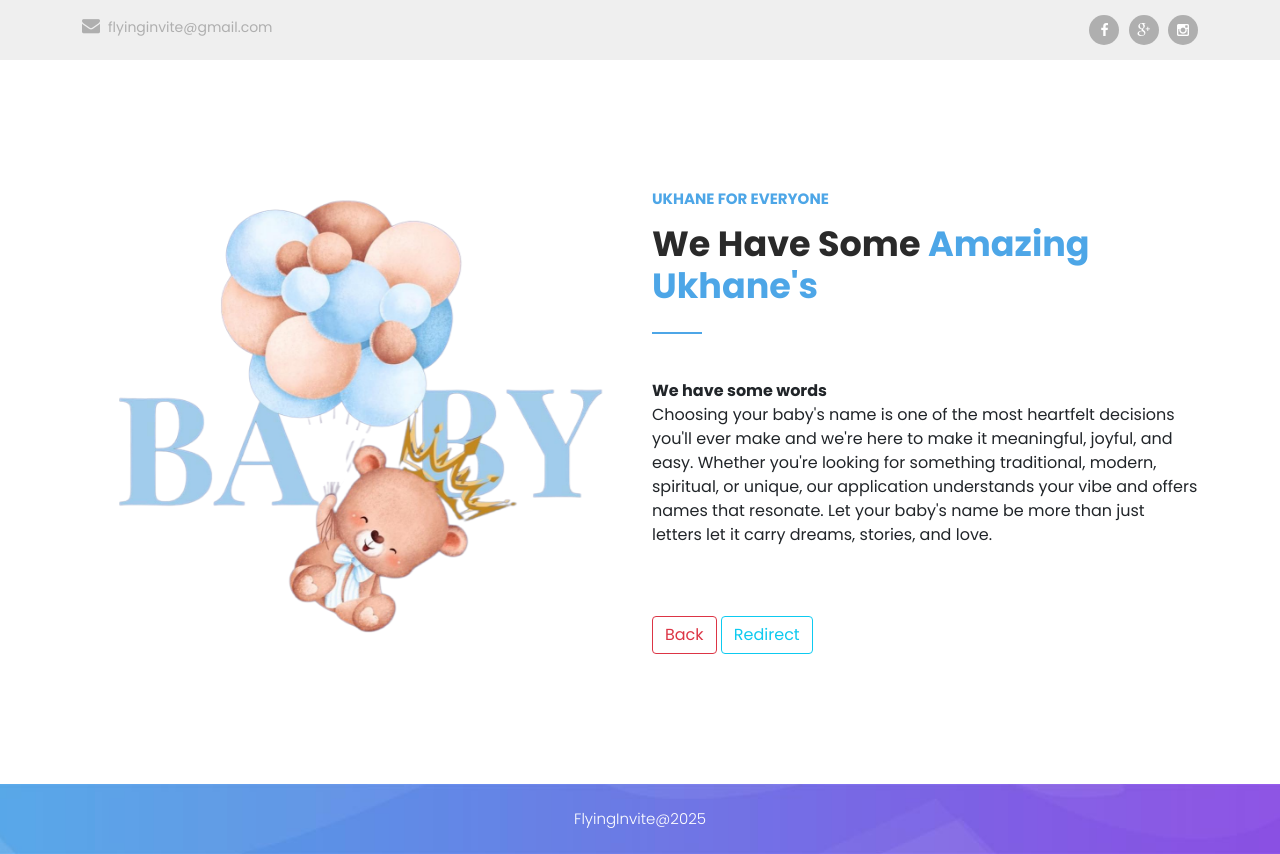
Repository: viraj7551/Flying-Invite-Project
Page: http://localhost/FlyingInvite/entertainment.jsp
The author's editor kept a copy of each file at every save. The page is drawn from the files as they stood at one save, then again after the next save.
The browser window is 1280 px wide. The pictures show the whole page.
The page is served by Tomcat 9.

Above is the page before, as saved 2025-04-20 13:21:35.

After the next save:
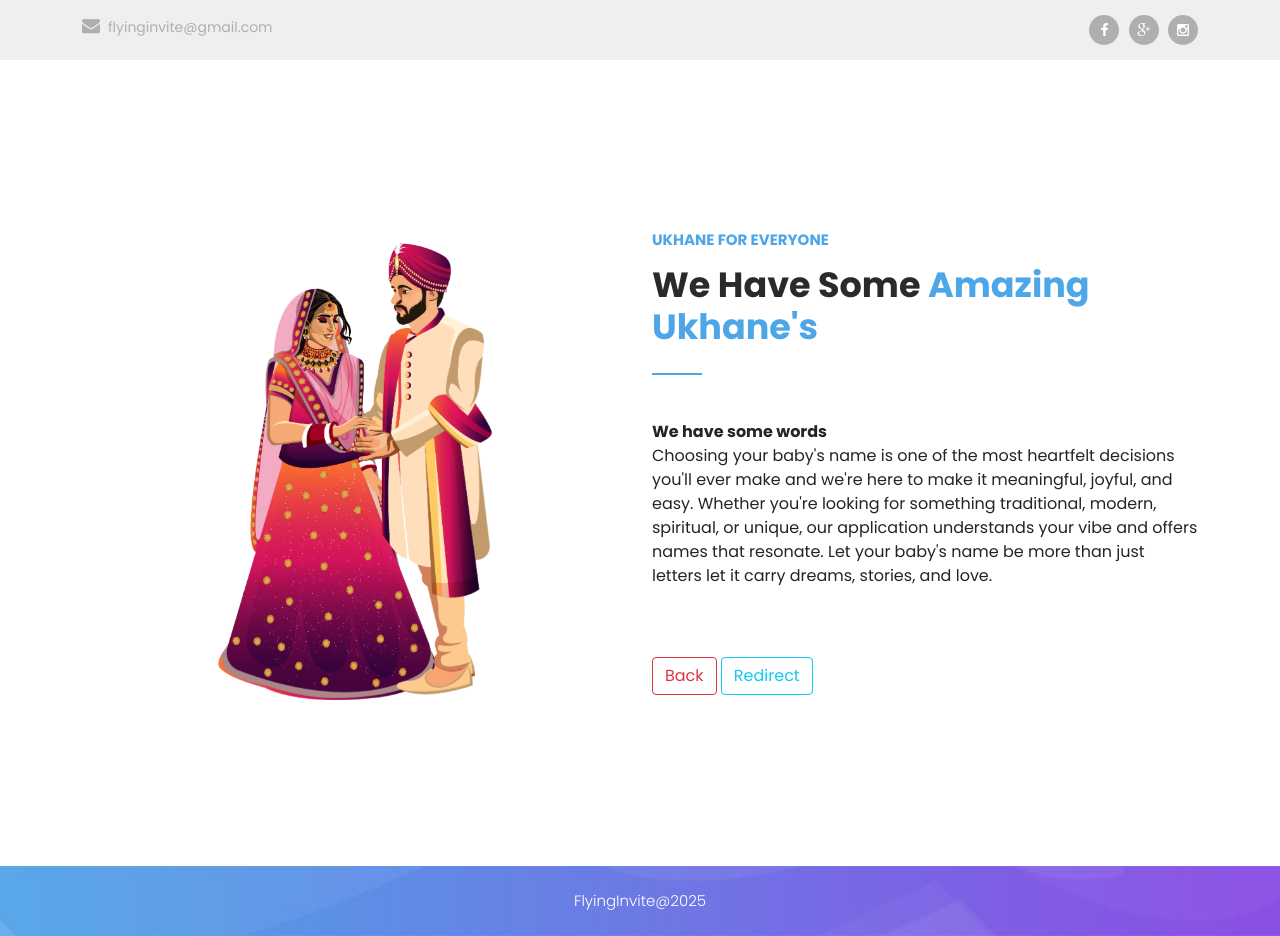
Saved 63 s later.
--- a/FlyingInvite/WebContent/entertainment.jsp
+++ b/FlyingInvite/WebContent/entertainment.jsp
@@ -78,7 +78,7 @@
           <div class="row">
             <div class="col-lg-6">
               <div class="about-left-image  wow fadeInLeft" data-wow-duration="1s" data-wow-delay="0.5s">
-                <img src="assets/images/name_suggestor.png" alt="mom with baby in her womb">
+                <img src="assets/images/wedding.png" alt="mom with baby in her womb">
               </div>
             </div>
             <div class="col-lg-6 align-self-center  wow fadeInRight" data-wow-duration="1s" data-wow-delay="0.5s">
